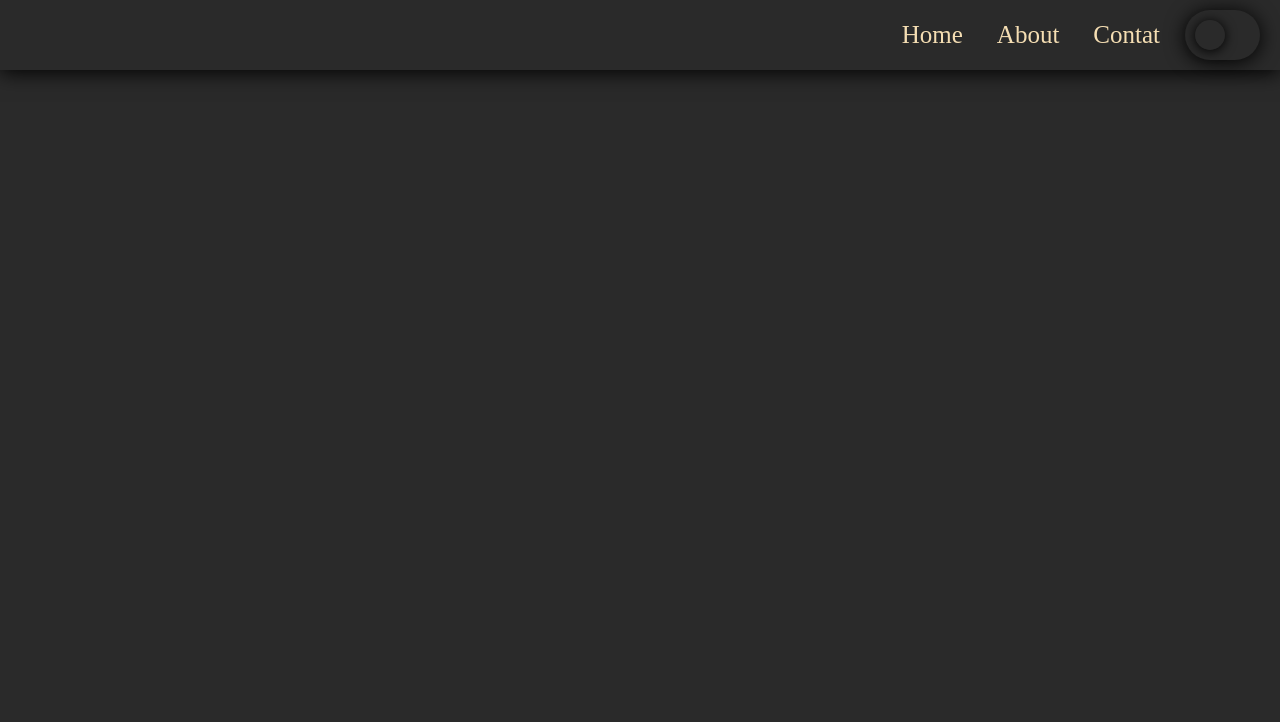
Repository: imokha01/toggleNavBar
Page: index.html
The author's editor kept a copy of each file at every save. The page is drawn from the files as they stood at one save, then again after the next save.
The browser window is 1280 px wide. The pictures show the whole page.

Above is the page before, as saved 2023-12-27 00:25:37.

After the next save:
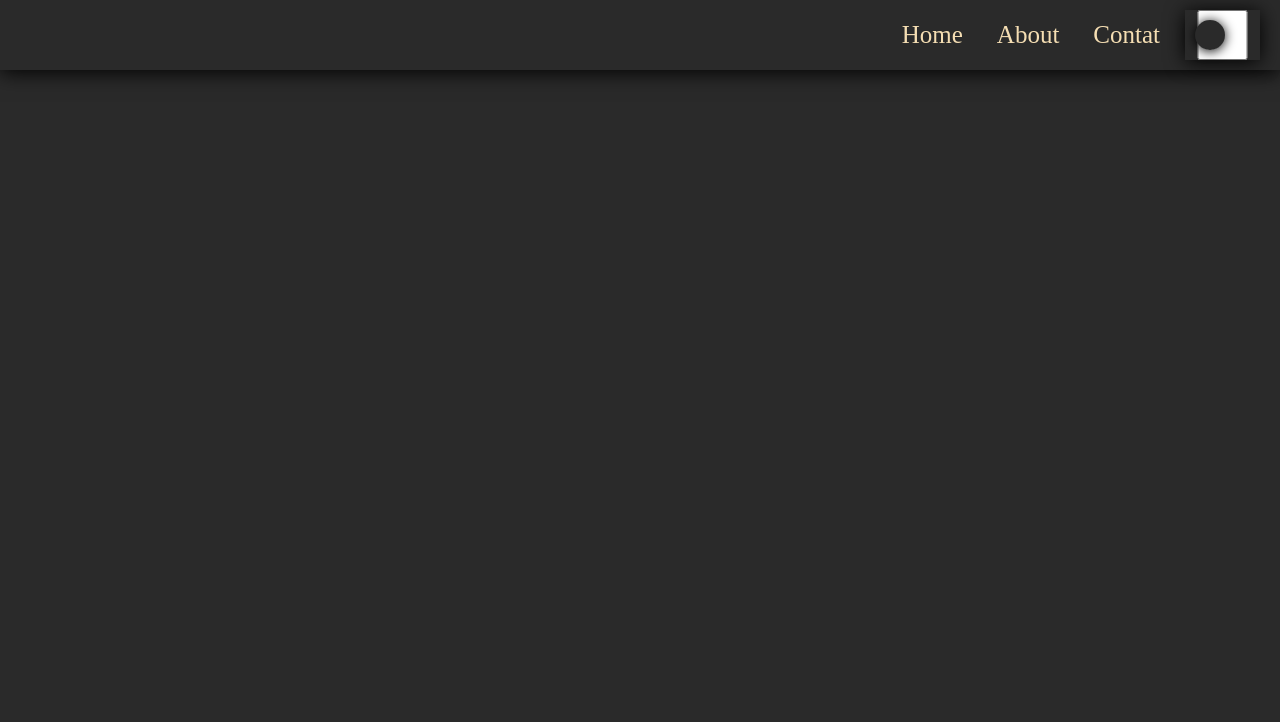
Saved 109 s later.
--- a/style.css
+++ b/style.css
@@ -37,7 +37,7 @@
     height:50px;
     border-radius: 60px;
     background-color: #0000;
-    appearance: none;
+    /* appearance: none; */
     box-shadow: 0 2px 20px black ;
     position: relative;
     outline: none;

After the save that followed:
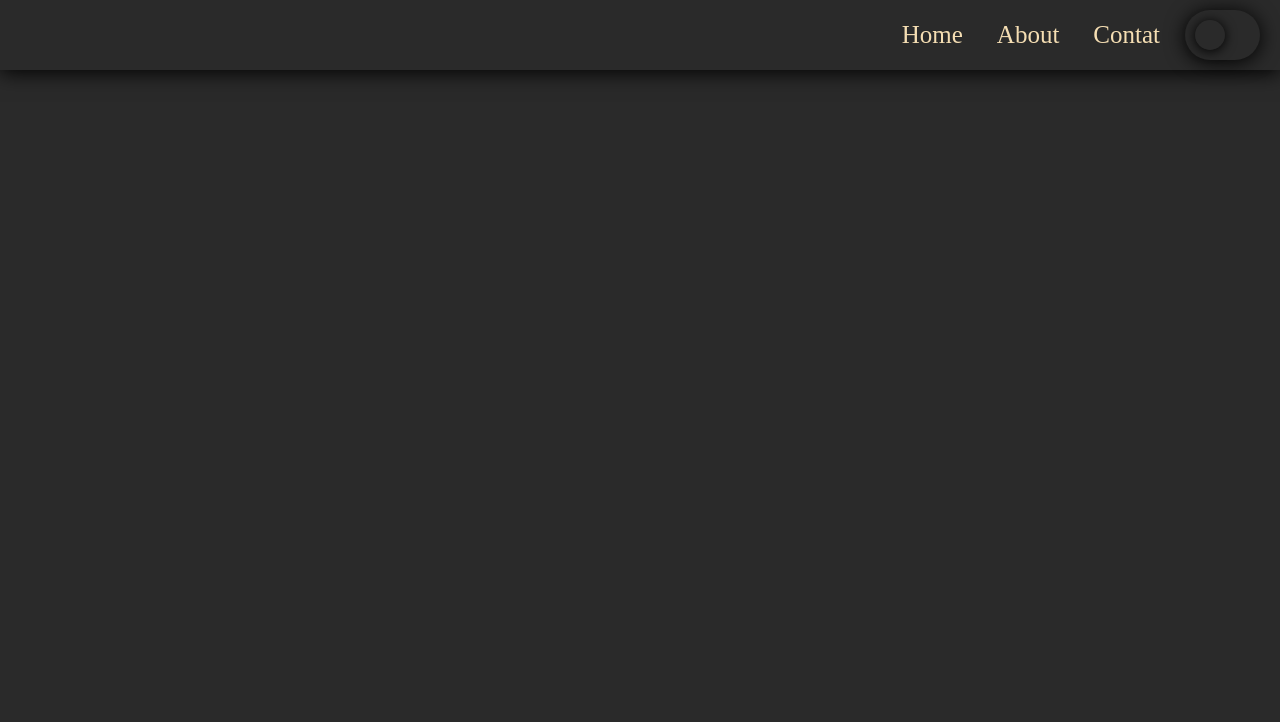
Saved 5 s later.
--- a/style.css
+++ b/style.css
@@ -37,7 +37,7 @@
     height:50px;
     border-radius: 60px;
     background-color: #0000;
-    /* appearance: none; */
+    appearance: none;
     box-shadow: 0 2px 20px black ;
     position: relative;
     outline: none;
